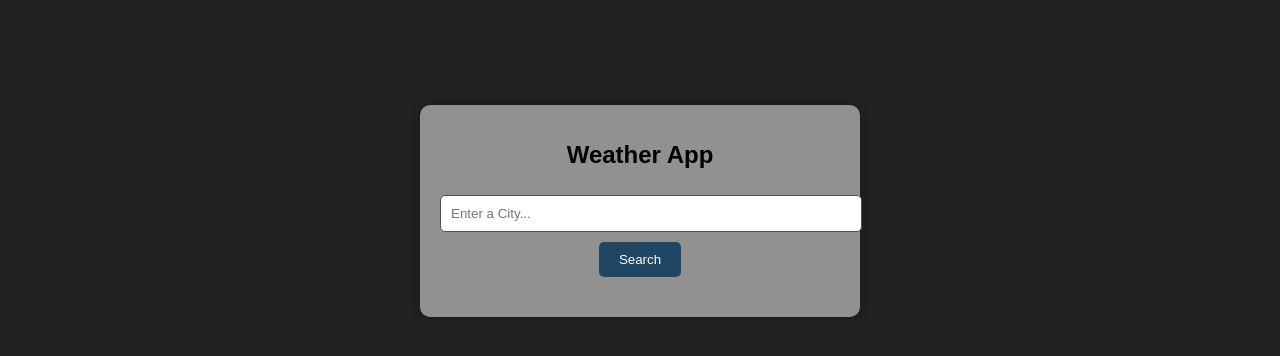
Repository: Dharshinimk-521/weather-app
Page: index.html
These files come from the project's save history. The page is drawn as it stood at one moment and after the next save; the edit follows.
The browser window is 1280 px wide. The pictures show the whole page.

Above is the page before, as saved 2026-04-18 17:24:50.

After the next save:
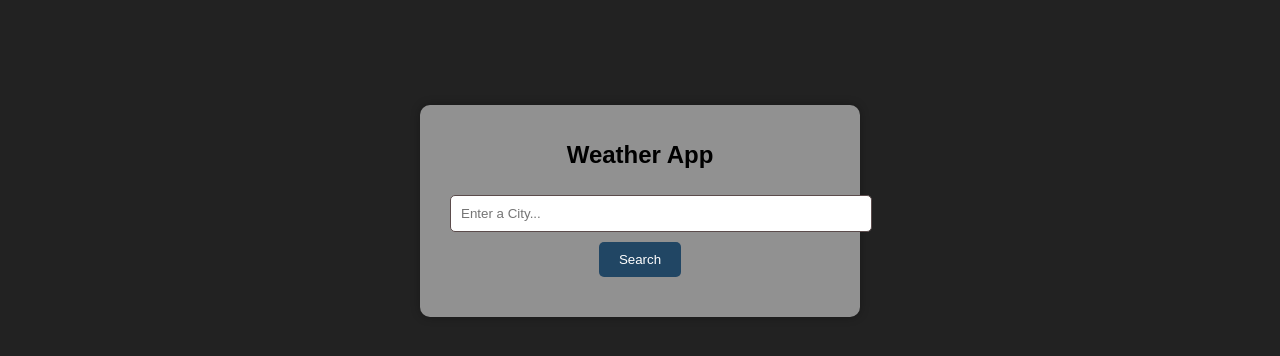
Saved 9 s later.
--- a/style.css
+++ b/style.css
@@ -22,7 +22,7 @@ h1 {
 input[type="text"] {
     width: 100%;
     padding: 10px;
-    margin: 10px 0;
+    margin: 10px;
     border: 1px solid #5b4c4c;
     border-radius: 5px;
 }
